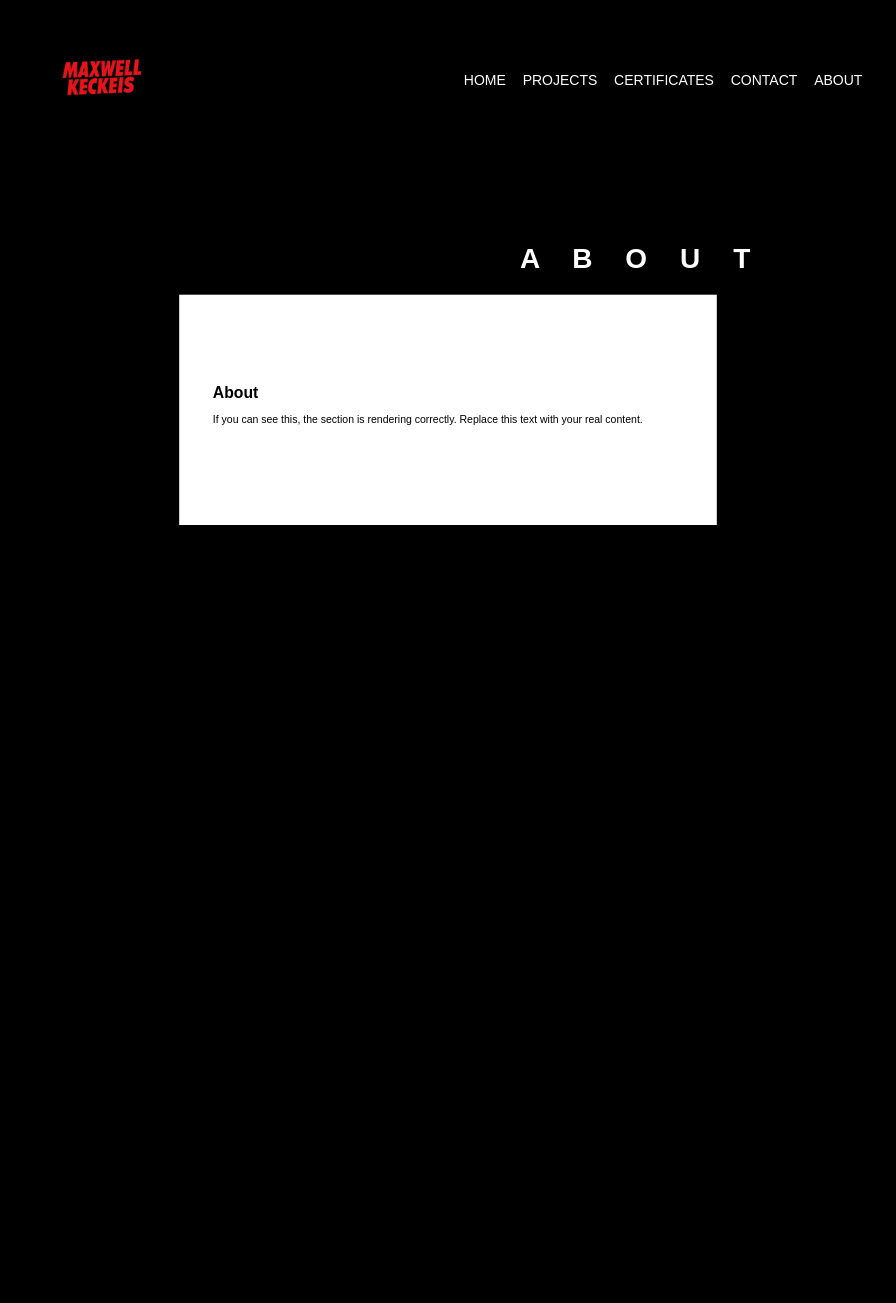
Repository: Maxwell-Keckeis/Maxwell-Keckeis.github.io
Page: about.html
These files come from the project's save history. The page is drawn as it stood at one moment and after the next save; the edit follows.
The browser window is 1280 px wide. The pictures show the whole page, at 70% of full size.
Some web fonts or font styles are not loaded; a fallback is used.

Above is the page before, as saved 2026-02-06 16:17:32.

### about.html
<!DOCTYPE html>
<html lang="en">
<head>
    <meta charset="UTF-8">
      <meta name="viewport" content="width=device-width, initial-scale=1.0">
      <title>MEK</title>

      <link rel="preconnect" href="https://fonts.googleapis.com">
      <link rel="preconnect" href="https://fonts.gstatic.com" crossorigin>
      <link href="https://fonts.googleapis.com/css2?family=Anton+SC&display=swap" rel="stylesheet">

      <link rel="stylesheet" href="css/styles.css">
</head>
    <body>
        <header>
            <div class="header-inner">

                <a href="./index.html">
                    <img src="./assets/images/max_logo.png" alt="logo for max" width="200" height="200">
                </a>

                <nav>
                    <a href="./index.html">HOME</a>
                    <a href="./projects.html">PROJECTS</a>
                    <a href="./certificates.html">CERTIFICATES</a>
                    <a href="./contact.html">CONTACT</a>
                    <a href="./about.html">ABOUT</a>
                </nav>
            </div>
        </header>

        <section class="title-band title-band--right">
            <div class="title-band__inner">
                <h1 class="title-band__title">A B O U T</h1>
            </div>
        </section>

        <main>
            <section class="about-section">
                <div class="about-content">
                    <h1>About</h1>
                        <p>
                            If you can see this, the section is rendering correctly. Replace this text with your real content.
                        </p>
                </div>
            </section>
        </main>
    </body>
</html>

### css/styles.css


.anton-sc-regular {
    font-family: "Anton SC", sans-serif;
    font-weight: 400;
    font-style: normal;
}

body {
    background-color: black;
    margin: 0;
}
header {
    display: flex;
    align-items: center;
    gap: 20px;
    padding: 48px;
    background-color: transparent;
    backdrop-filter: blur(3px);
    -webkit-backdrop-filter: blur(3px);
    position: sticky;
    top: 0;
    z-index: 1000;
}

.header-inner {
    max-width: 1200px;
    margin: 0 auto;
    display: flex;
    align-items: center;
    width: 100%;
}

h1 {
    margin: 0;
}

nav {
    margin-left: auto;
}

nav a {
    font-family: 'Anton SC', sans-serif;
    font-size: 20px;
    color: white;
    text-decoration: none;
    margin-left: 20px;
    position: relative;
}

nav a::after {
    content: "";
    position: absolute;
    left: 0;
    bottom: -10px;
    width: 100%;
    height: 2px;
    background-color: red;
    opacity: 0;
}
nav a:hover::after {
    opacity: 1;
}

main {
    height: 200vh;
    padding: 0 1rem;
    box-sizing: border-box;
    max-width: 800px;
    margin: 0 auto;
    font-family: 'Anton SC', sans-serif;
    font-size: 15px;
    color: white;
}

img {
    max-width: 100%;
    height: auto;
    display: block;
}

.project-card {
  position: relative;
  display: inline-block;
  width: 350px;
  height: 500px;
  overflow: hidden;
  text-decoration: none;
  background: black; /* fallback when image fades */
}

.project-card img {
  width: 100%;
  height: 100%;
  object-fit: cover;
  display: block;
  transition: opacity 300ms ease;
}

/* overlay container */
.project-card .overlay {
  position: absolute;
  inset: 0; /* shorthand for top/left/right/bottom: 0 */

  display: flex;
  flex-direction: column;
  justify-content: center;
  align-items: center;

  color: white;
  text-align: center;

  opacity: 0;
  transform: translateY(30px);
  transition: opacity 300ms ease, transform 300ms ease;
}

/* hover behavior */
.project-card:hover img {
  opacity: 0;
}

.project-card:hover .overlay {
  opacity: 1;
  transform: translateY(0);
}

/* FULL-WIDTH WHITE BACKGROUND */
.about-section {
  background: white;
  width: 100%;
  padding: 80px 0;   /* vertical spacing only */
}

/* CENTERED CONTENT BLOCK */
.about-content {
  color: black;
  max-width: 900px;
  margin: 0 auto;    /* centers content */
  padding: 48px;
}

/* MOBILE */
@media (max-width: 600px) {
  .about-section {
    padding: 40px 0;
  }

  .about-content {
    padding: 24px 16px;
  }
}
:root{
  --title-band-gap: 120px;   /* tweak this until it feels like ~150% */
  --content-max: 900px;      /* match your about-content width */
}

/* reusable band */
.title-band{
  background: black;
  width: 100%;
  padding-top: var(--title-band-gap);
  padding-bottom: 32px;
}

.title-band__inner{
  max-width: var(--content-max);
  margin: 0 auto;
  padding: 0 16px;
  display: flex;
}

.title-band--right  .title-band__inner{ justify-content: flex-end; }
.title-band--center .title-band__inner{ justify-content: center; }
.title-band--left   .title-band__inner{ justify-content: flex-start; }

.title-band__title{
  font-family: "Anton SC", sans-serif;
  color: white;
  margin: 0;
  line-height: 1;
  font-size: 40px;
  letter-spacing: 0.45em;
  text-transform: uppercase;
}

@media (max-width: 600px){
  :root{ --title-band-gap: 90px; }
  .title-band__title{ font-size: 32px; letter-spacing: 0.35em; }
}

After the next save:
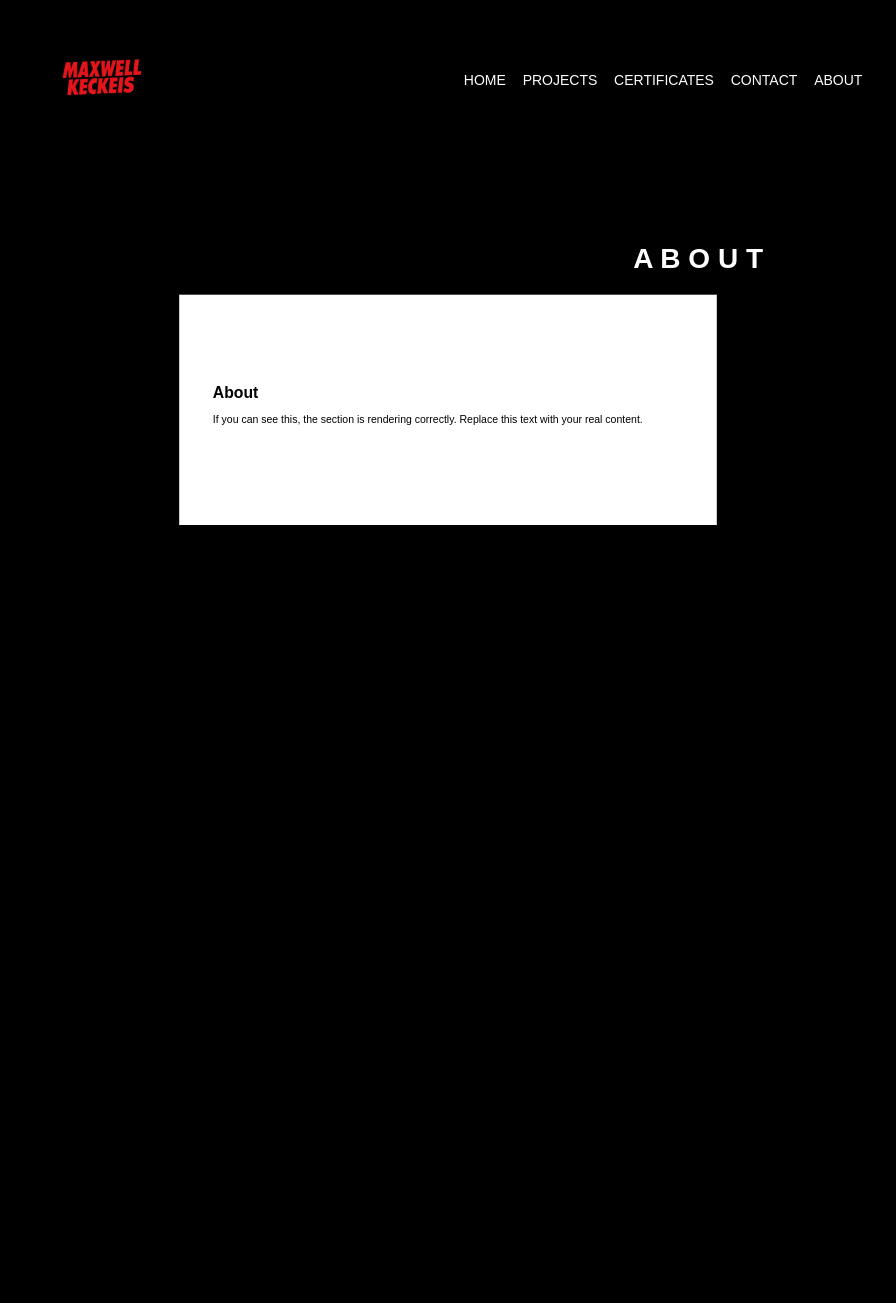
Saved 92 s later.
--- a/css/styles.css
+++ b/css/styles.css
@@ -180,7 +180,6 @@
   margin: 0;
   line-height: 1;
   font-size: 40px;
-  letter-spacing: 0.45em;
   text-transform: uppercase;
 }
 

After the save that followed:
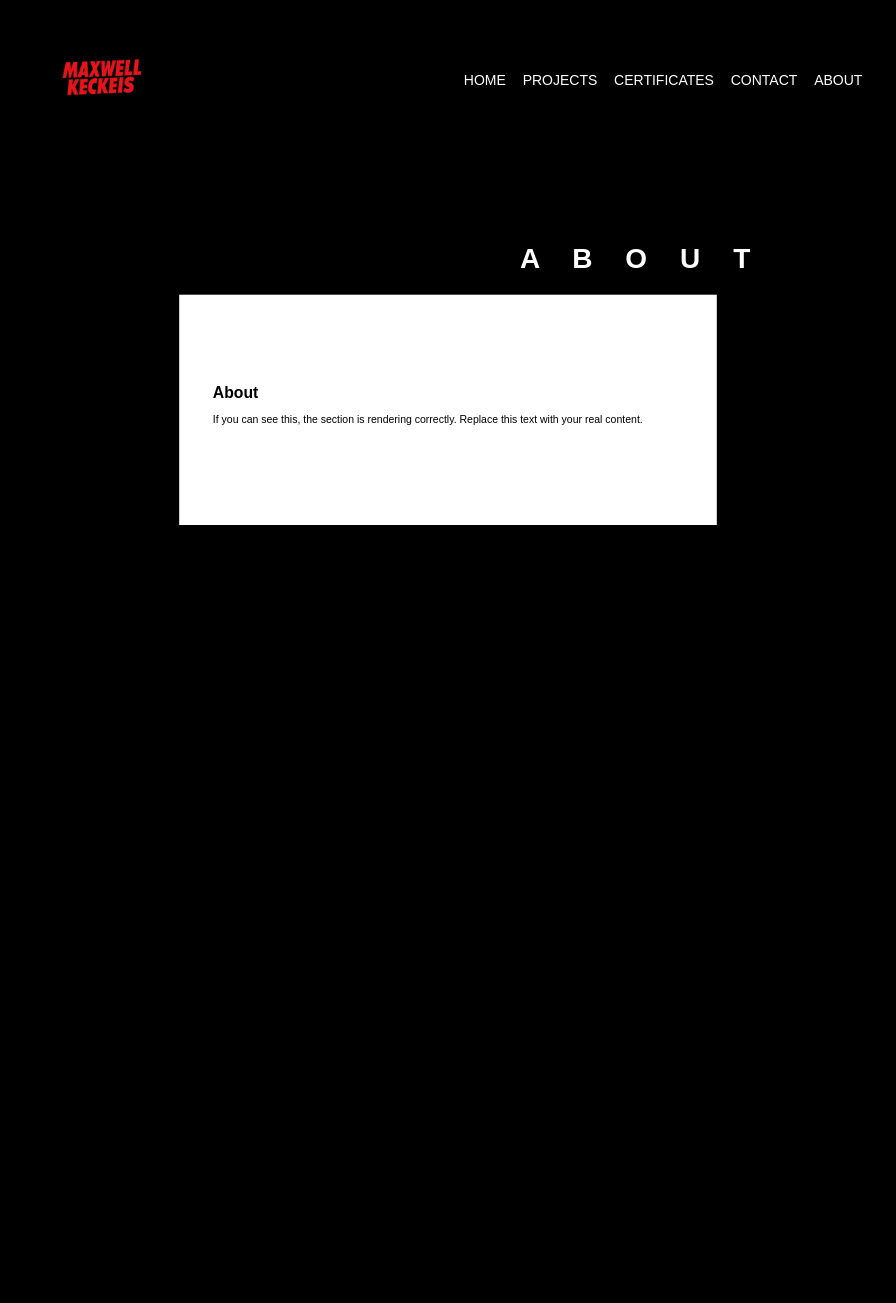
Saved 15 s later.
--- a/css/styles.css
+++ b/css/styles.css
@@ -180,6 +180,7 @@
   margin: 0;
   line-height: 1;
   font-size: 40px;
+  letter-spacing: 0.45em;
   text-transform: uppercase;
 }
 
